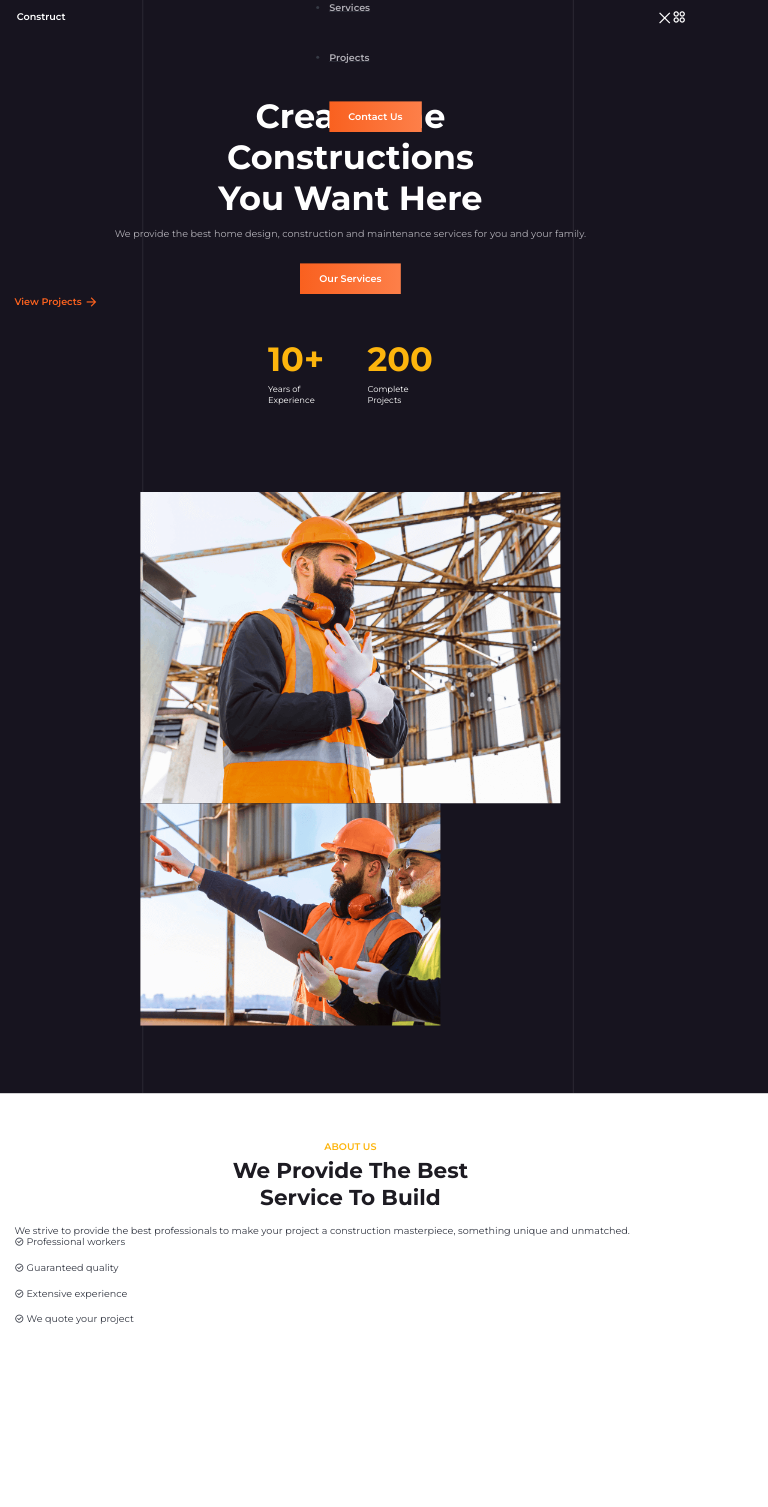
Repository: douglasabnovato/construction
Page: index.html
An editor plug-in stored every save of this project. The page is shown before and after the next save, followed by the edit.
The browser window is 1280 px wide. The pictures show the whole page, at 60% of full size.

Above is the page before, as saved 2025-05-01 11:47:29.

### index.html
<!DOCTYPE html>
<html lang="en">
  <head>
    <meta charset="UTF-8" />
    <meta name="viewport" content="width=device-width, initial-scale=1.0" />

    <!--=============== FAVICON ===============-->
    <link
      rel="shortcut icon"
      href="assets/img/favicon.png"
      type="image/x-icon"
    />

    <!--=============== REMIXICONS ===============-->
    <link
      rel="stylesheet"
      href="https://cdnjs.cloudflare.com/ajax/libs/remixicon/4.2.0/remixicon.css"
    />

    <!--=============== SWIPER CSS ===============-->
    <link rel="stylesheet" href="" />

    <!--=============== CSS ===============-->
    <link rel="stylesheet" href="assets/css/styles.css" />

    <title>Construction</title>
  </head>
  <body>
    <!--==================== HEADER ====================-->
    <header class="header bg-header" id="header">
      <nav class="nav container">
        <a href="#" class="nav__logo">
          <i class="ri-bulding-3-line"></i>
          <span>Construct</span>
        </a>
        <div class="nav__menu" id="nav-menu">
          <u class="nav__list">
            <li>
              <a href="#home" class="nav__link">Home</a>
            </li>
            <li>
              <a href="#aboutus" class="nav__link"> About Us</a>
            </li>
            <li>
              <a href="#services" class="nav__link"> Services</a>
            </li>
            <li>
              <a href="#projects" class="nav__link"> Projects</a>
            </li>
            <li>
              <a href="#contactus" class="nav__link button"> Contact Us</a>
            </li>
          </u>
          <!-- Close Button -->
          <div class="nav__close" id="nav-close">
            <i class="ri-close-large-line"></i>
          </div>
        </div>
        <!-- Toggle menu -->
        <div class="nav__toggle" id="nav-toggle">
          <i class="ri-apps-2-line"></i>
        </div>
      </nav>
    </header>

    <!--==================== MAIN ====================-->
    <main class="main">
      <!--==================== HOME ====================-->
      <section class="home section" id="home">
        <img
          src="./assets/img/home-lines-bg.svg"
          alt="image"
          class="home__lines"
        />
        <div class="home__container container grid">
          <div class="home__container grid">
            <div class="home__data">
              <h1 class="home__title">
                Create The<br />
                Constructions<br />
                You Want Here
              </h1>
              <p class="home__description">
                We provide the best home design, construction and maintenance
                services for you and your family.
              </p>
              <div class="home__buttons">
                <a href="#services" class="button">Our Services</a>
                <a href="#projects" class="button__link"
                  ><span>View Projects</span> <i class="ri-arrow-right-line"></i
                ></a>
              </div>
            </div>
            <div class="home__info">
              <div>
                <h3 class="home__info-title">10+</h3>
                <p class="home__info-description">
                  Years of <br />
                  Experience
                </p>
              </div>
              <div>
                <h3 class="home__info-title">200</h3>
                <p class="home__info-description">
                  Complete <br />
                  Projects
                </p>
              </div>
            </div>
          </div>
          <div class="home__images">
            <img src="./assets/img/home-img-1.png" alt="imagem" />
            <img src="./assets/img/home-img-2.png" alt="imagem" />
          </div>
        </div>
      </section>

      <!--==================== ABOUT ====================-->
      <section class="about section" id="about">
        <div class="about__container container grid">
          <div class="about__data">
            <span class="section__subtitle">ABOUT US</span>
            <h2 class="section__title">
              We Provide The Best <br />
              Service To Build
            </h2>
            <p class="about__description">
              We strive to provide the best professionals to make your project a
              construction masterpiece, something unique and unmatched.
            </p>
            <ul class="about__list grid">
              <li class="about__list-item">
                <i class="ri-checkbox-circle-line"></i>
                <span>Professional workers</span>
              </li>
              <li class="about__list-item">
                <i class="ri-checkbox-circle-line"></i>
                <span>Guaranteed quality</span>
              </li>
              <li class="about__list-item">
                <i class="ri-checkbox-circle-line"></i>
                <span>Extensive experience</span>
              </li>
              <li class="about__list-item">
                <i class="ri-checkbox-circle-line"></i>
                <span>We quote your  project</span>
              </li>
            </ul>
          </div>
        </div>
      </section>

      <!--==================== SERVICES ====================-->
      <section class="services section" id="services"></section>

      <!--==================== PROJECTS ====================-->
      <section class="projects section" id="projects"></section>

      <!--==================== CONTACT ====================-->
      <section class="contact section" id="contact"></section>
    </main>

    <!--==================== FOOTER ====================-->
    <footer class="footer"></footer>

    <!--========== SCROLL UP ==========-->

    <!--=============== SCROLLREVEAL ===============-->
    <script src=""></script>

    <!--=============== SWIPER JS ===============-->
    <script src=""></script>

    <!--=============== MAIN JS ===============-->
    <script src="assets/js/main.js"></script>
  </body>
</html>

### assets/css/styles.css
/*=============== GOOGLE FONTS ===============*/
@import url("https://fonts.googleapis.com/css2?family=Montserrat:wght@100..900&display=swap");

/*=============== VARIABLES CSS ===============*/
:root {
  --header-height: 3.5rem;

  /*========== Colors ==========*/
  /*Color mode HSL(hue, saturation, lightness)*/
  --first-color: hsl(18, 95%, 55%);
  --second-color: hsl(42, 98%, 52%);
  --first-gradient: linear-gradient(
    90deg,
    hsl(18, 95%, 55%),
    hsl(18, 98%, 64%)
  );
  --title-color: hsl(255, 12%, 12%);
  --text-color: hsl(225, 12%, 24%);
  --text-color-light: hsl(255, 4%, 70%);
  --body-color: hsl(0, 0%, 100%);
  --container-color: hsl(0, 0%, 100%);
  --white-color: hsl(0, 0%, 100%);
  --black-color: hsl(255, 20%, 10%);
  --gray-border: hsl(255, 6%, 90%);
  --black-border: hsl(255, 10%, 20%);

  /*========== Font and typography ==========*/
  /*.5rem = 8px | 1rem = 16px ...*/
  --body-font: "Montserrat", sans-serif;
  --big-font-size: 2.25rem;
  --h1-font-size: 1.5rem;
  --h2-font-size: 1.25rem;
  --h3-font-size: 1rem;
  --normal-font-size: 0.938rem;
  --small-font-size: 0.813rem;

  /*========== Font weight ==========*/
  --font-regular: 400;
  --font-medium: 500;
  --font-semi-bold: 600;
  --font-bold: 700;

  /*========== z index ==========*/
  --z-tooltip: 10;
  --z-fixed: 100;
}

/*========== Responsive typography ==========*/
@media screen and (min-width: 1150px) {
  :root {
    --big-font-size: 3.5rem;
    --h1-font-size: 2.25rem;
    --h2-font-size: 1.5rem;
    --h3-font-size: 1.25rem;
    --normal-font-size: 1rem;
    --small-font-size: 0.875rem;
  }
}

/*=============== BASE ===============*/
* {
  box-sizing: border-box;
  padding: 0;
  margin: 0;
}

html {
  scroll-behavior: smooth;
}

body {
  font-family: var(--body-font);
  font-size: var(--normal-font-size);
  background-color: var(--body-color);
  color: var(--text-color);
}

h1,
h2,
h3,
h4 {
  color: var(--title-color);
  font-weight: var(--font-semi-bold);
}

ul {
  list-style: none;
}

a {
  text-decoration: none;
}

img {
  display: block;
  max-width: 100%;
  height: auto;
}

/*=============== REUSABLE CSS CLASSES ===============*/
.container {
  max-width: 1120px;
  margin-inline: 1.5rem;
}

.grid {
  display: grid;
  gap: 1.5rem;
}

.section {
  padding-block: 5rem 1rem;
}
.section__title,
.section__subtitle {
  text-align: center;
}

.section__title {
  font-size: var(--h1-font-size);
  font-weight: var(--font-bold);
  margin-bottom: 1.5rem;
}

.section__subtitle {
  display: block;
  font-size: var(--normal-font-size);
  font-weight: var(--font-semi-bold);
  color: var(--second-color);
  margin-bottom: 0.5rem;
}

.main {
  overflow: hidden;
}

/*=============== HEADER & NAV ===============*/
.header {
  position: fixed;
  width: 100%;
  top: 0;
  left: 0;
  background-color: transparent;
  z-index: var(--z-fixed);
  transition: background-color .4s;
}

.nav {
  position: relative;
  height: var(--header-height);
  display: flex;
  justify-content: space-between;
  align-items: center;
}

.nav__logo {
  display: flex;
  align-items: center;
  column-gap: 0.25rem;
}

.nav__logo span {
  color: var(--white-color);
  font-weight: var(--font-semi-bold);
  transition: color 0.4s;
}

.nav__logoi i {
  color: var(--first-color);
  font-size: 1.5rem;
}

.nav__toggle,
.nav__close {
  font-size: 1.5rem;
  color: var(--white-color);
  cursor: pointer;
  transition: color 0.4s;
}

/* Navigation for mobile devices */
@media screen and (max-width: 1150px) {
  .nav__menu {
    position: fixed;
    top: 0;
    right: -100%;
    background-color: var(--black-color);
    width: 80%;
    height: 100%;
    padding: 7.5rem 3.5rem 0;
    border-left: 2px solid var(--black-border);
    transition: right 0.4s;
  }
}

.nav__list {
  display: flex;
  flex-direction: column;
  row-gap: 4rem;
}

.nav__link {
  color: var(--text-color-light);
  font-weight: var(--font-semi-bold);
  transition: color 0.4s;
}

.nav__link:hover {
  color: var(--first-color);
}

.nav__close {
  position: absolute;
  top: 1rem;
  right: 1.5rem;
}

/* Show menu */
.show-menu {
  right: 0;
}

/* Change background header */
.bg-header{
  background-color: var(--body-color);
  box-shadow: 0 4px 16px hsla(255, 90%, 8%, .1);
}

.bg-header .nav__logo span,
.bg-header .nav__toggle{
  color: var(--title-color);
}

/* Active link */

/*=============== HOME ===============*/
.home {
  position: relative;
  background-color: var(--black-color);
}

.home__container {
  position: relative;
  row-gap: 3rem;
  padding-block: 2.5rem 6rem;
}

.home__content {
  row-gap: 2.5rem;
}

.home__data {
  text-align: center;
}

.home__title {
  color: var(--white-color);
  font-size: var(--big-font-size);
  font-weight: var(--font-bold);
  margin-bottom: 1rem;
}

.home__description{
  margin-bottom: 2.5rem;
  color: var(--text-color-light);
}

.home_buttons{
  display: flex;
  justify-content: center;
  align-items: center;
  gap: 1rem;
}

.home__info{
  display: flex;
  justify-content: center;
  column-gap: 4.5rem;
}

.home__info-title{
  color: var(--second-color);
  font-size: var(--big-font-size);
  font-weight: var(--font-bold);
  margin-bottom: .5rem;
}

.home__info-description{
  font-size: var(--small-font-size);
  color: var(--white-color);
}

.home__images{
  position: relative;
  justify-self: center;
}

.home__img-1{
  width: 250px;
  margin-left: 3.5rem;
}

.home__img-2{
  width: 150px;
  border: 5px solid var(--black-color);
  position: absolute;
  left: 0;
  bottom: -3.5rem;
}

.home__lines{
  position: absolute;
  top: 0;
  left: 0;
  width: 100%;
  height: 100%;
  object-fit: cover;
  object-position: right;
}

/*=============== BUTTON ===============*/
.button {
  display: inline-flex;
  background: var(--first-gradient);
  color: var(--white-color);
  font-weight: var(--font-semi-bold);
  padding: 1rem 2rem;
  transition: box-shadow .4s;
}

.button:hover{
  box-shadow: 0 8px 32px hsla(18, 95%, 55%, .3);
  color: var(--white-color);
}

.button__link {
  display: flex;
  align-items: center;
  column-gap: .25rem;
  color: var(--first-color);
}

.button__link span{
  font-weight: var(--font-semi-bold);
}

.button__link i {
  font-size: 1.5rem;
  transition: transform .4s;
}

.button__link:hover i {
  transform: translateX(.25rem)
}

/*=============== ABOUT ===============*/

/*=============== SERVICES ===============*/

/* Swiper class */

/*=============== PROJECTS ===============*/

/*=============== CONTACT ===============*/

/*=============== FOOTER ===============*/

/*=============== SCROLL BAR ===============*/

/*=============== SCROLL UP ===============*/

/* Show Scroll Up */

/*=============== BREAKPOINTS ===============*/
/* For small devices */

/* For medium devices */

/* For large devices */

### assets/js/main.js
/*=============== SHOW MENU ===============*/
const navMenu = document.getElementById('nav-menu'),
      navToggle = document.getElementById('nav-toggle'),
      navClose = document.getElementById('nav-close')

/* Menu show */
if(navToggle){
    navToggle.addEventListener('click', () =>{
        navMenu.classList.add('show-menu')
    })
}

/* Menu hidden */
if(navClose){
    navClose.addEventListener('click', () =>{
        navMenu.classList.remove('show-menu')
    })
}

/*=============== REMOVE MENU MOBILE ===============*/
const navLink = document.querySelectorAll('.nav__link')

const linkAction = () =>{
    const navMenu = document.getElementById('nav-menu')
    // When we click on each nav__link, we remove the show-menu class
    navMenu.classList.remove('show-menu')
}
navLink.forEach(n => n.addEventListener('click', linkAction))


/*=============== CHANGE BACKGROUND HEADER ===============*/
const bgHeader = () =>{
    const header = document.getElementById('header')
    // Add a class if the bottom offset is greater than 50 of the viewport
    this.scrollY >= 50 ? header.classList.add('bg-header')
                       : header.classList.remove('bg-header')
}
window.addEventListener('scroll', bgHeader)
bgHeader()

/*=============== SWIPER SERVICES ===============*/

/*=============== SHOW SCROLL UP ===============*/

/*=============== SCROLL SECTIONS ACTIVE LINK ===============*/

/*=============== SCROLL REVEAL ANIMATION ===============*/

After the next save:
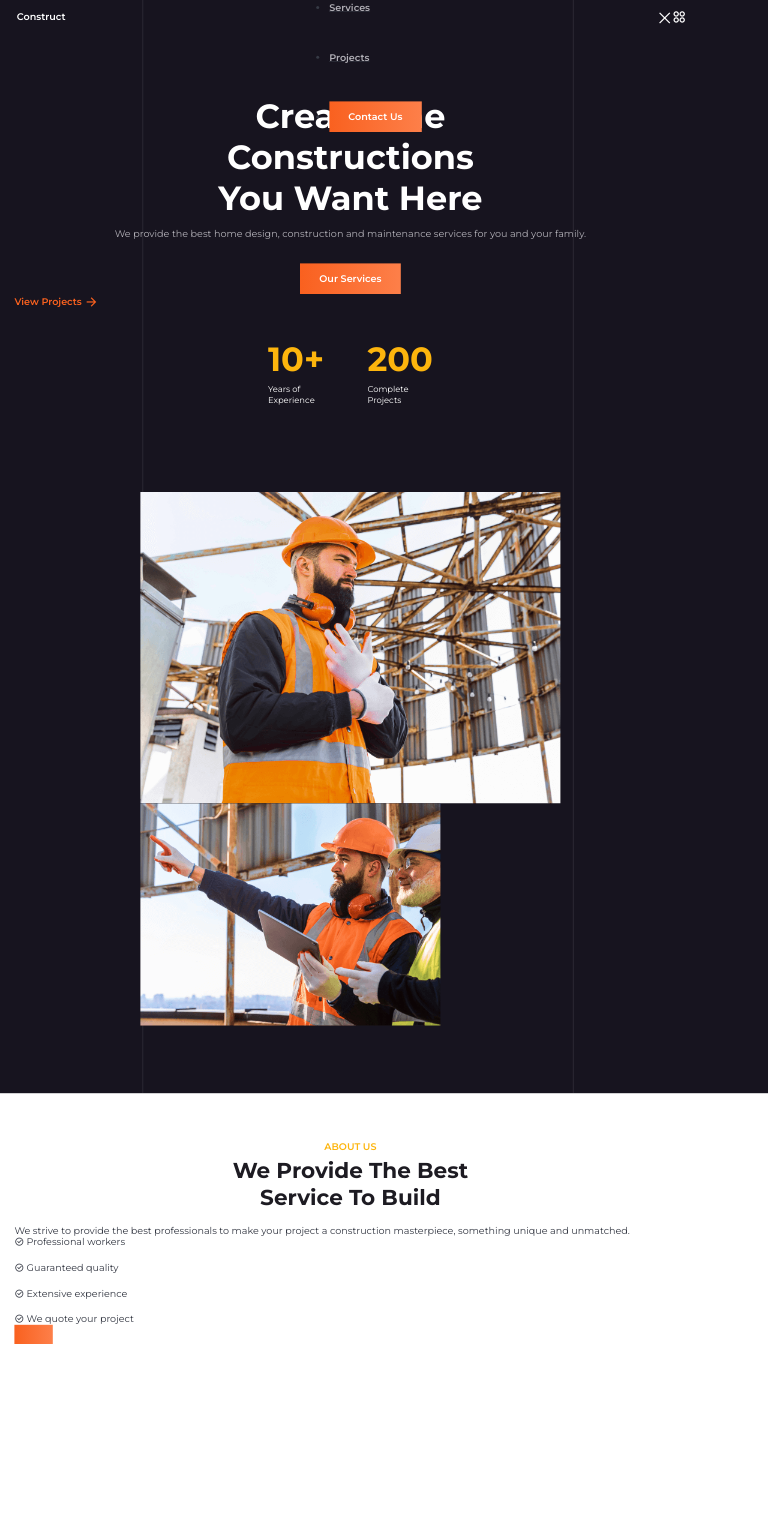
Saved 11 min 42 s later.
--- a/index.html
+++ b/index.html
@@ -146,6 +146,7 @@
                 <span>We quote your  project</span>
               </li>
             </ul>
+            <a href="#" class="button"></a>
           </div>
         </div>
       </section>
